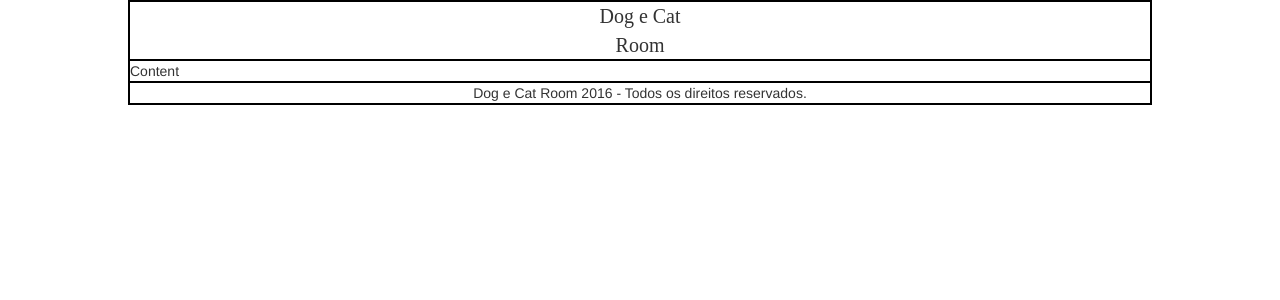
Repository: Natanzx/DogECatRoom
Page: http://localhost/DogECatRoom/login.jsp
These files come from the project's save history. The page is drawn as it stood at one moment and after the next save; the edit follows.
The browser window is 1280 px wide. The pictures show the whole page.
The page is served by Tomcat 9. Other server files are loaded and not shown.

Above is the page before, as saved 2016-05-15 19:15:35.

### DogECatRoom/WebContent/login.jsp
<%@ page language="java" contentType="text/html; charset=ISO-8859-1"
    pageEncoding="ISO-8859-1"%>
<!DOCTYPE html PUBLIC "-//W3C//DTD HTML 4.01 Transitional//EN" "http://www.w3.org/TR/html4/loose.dtd">
<html>
<head>
	<meta http-equiv="Content-Type" content="text/html; charset=ISO-8859-1">
	<title>Efetuar Login</title>

	<link rel="stylesheet" type="text/css" href="/DogECatRoom/bibliotecas/css/estilos.css">
	<link rel="stylesheet" type="text/css" href="/DogECatRoom/bibliotecas/css/bootstrap.css">
</head>
<body>
	<div class="divMargin">
		<div style="text-align: center; font-size: 20px; font-family: Century Gothic";>
			Dog e Cat
			<br>
			Room
		</div>

		<div >
			Content
		</div>

		<div style="text-align: center;">
			Dog e Cat Room 2016 - Todos os direitos reservados.
		</div>
	</div>
</body>
</html>

### DogECatRoom/WebContent/bibliotecas/css/estilos.css
@CHARSET "ISO-8859-1";

div {

	border				: 1px solid black;
}

.divMargin{
	width				: 80%;
	margin				: auto;

}

Loaded but not shown: DogECatRoom/WebContent/bibliotecas/css/bootstrap.css (library)

After the next save:
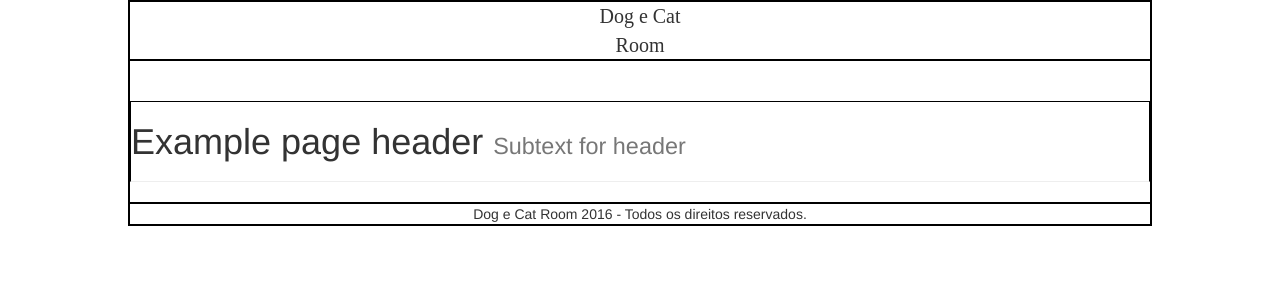
Saved 4 min 12 s later.
--- a/DogECatRoom/WebContent/login.jsp
+++ b/DogECatRoom/WebContent/login.jsp
@@ -17,8 +17,11 @@
 			Room
 		</div>
 
-		<div >
-			Content
+		<div>
+			<div class="page-header">
+			  <h1>Example page header <small>Subtext for header</small></h1>
+			</div>
+
 		</div>
 
 		<div style="text-align: center;">
